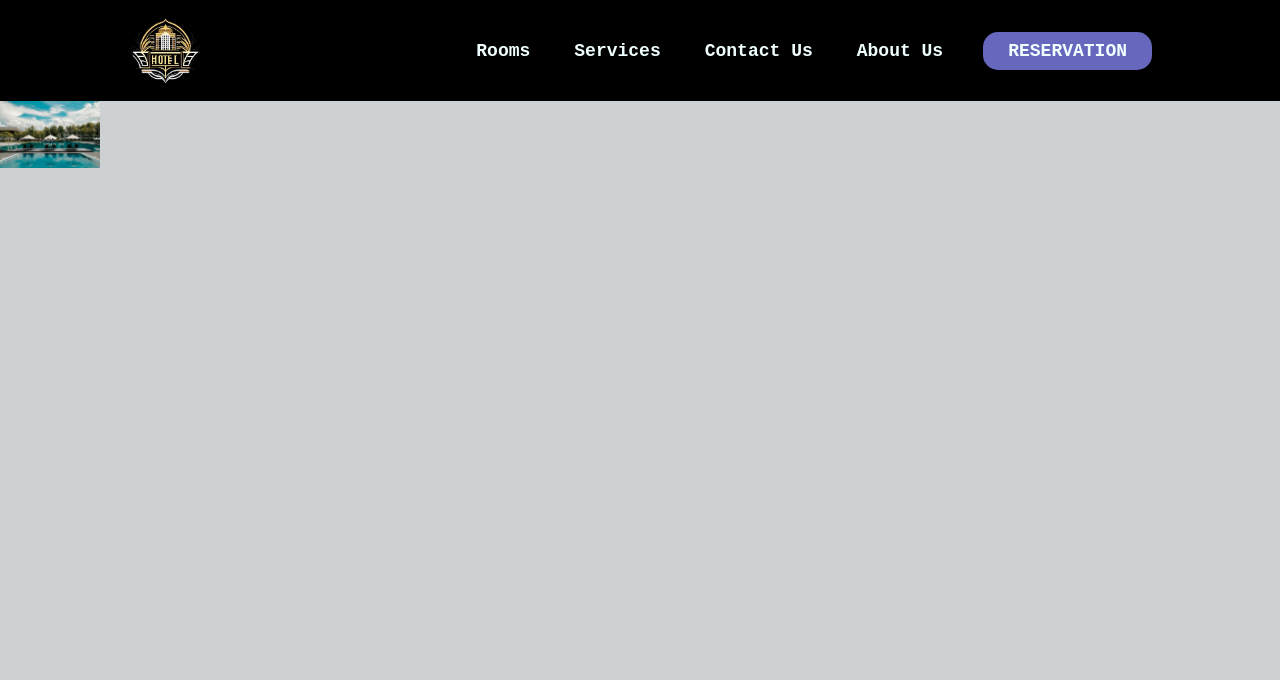
Repository: DhananjayaLakshan/Uom-Web_Design_For_Beginners
Page: Final Assignment/index.html
The author's editor kept a copy of each file at every save. The page is drawn from the files as they stood at one save, then again after the next save.
The browser window is 1280 px wide. The pictures show the whole page.

Above is the page before, as saved 2023-11-29 14:19:52.

### Final Assignment/index.html
<!DOCTYPE html>
<html lang="en">
<head>
    <meta charset="UTF-8">
    <meta name="viewport" content="width=device-width, initial-scale=1.0">
    <title>Ceylon Hotel</title>

    <link rel="stylesheet" href="style.css">
    <script src="script.js"></script>
</head>
<body>

    <header>
        <img class="logo" src="img/logo.png" alt="logo">

        <nav>
            <ul class="navBar">
                <li>
                    <a href="#"> Rooms</a>
                </li>

                <li>
                    <a href="#"> Services</a>
                </li>

                <li>
                    <a href="#"> Contact Us</a>
                </li>

                <li>
                    <a href="#"> About Us</a>
                </li>
            </ul>
        </nav>

        <a class="button" href="#"> <button>RESERVATION</button> </a>
    </header>

    <div class="cover">
        <img class="coverImg" src="img/hotel-cover.jpg" alt="cover">
    </div>

</body>
</html>

### Final Assignment/style.css
*{
    box-sizing: border-box;
    padding: 0;
    margin: 0;
    background-color: rgb(206, 209, 211);
}

li,a, button{
    font-family: 'Courier New', Courier, monospace;
    font-weight: 600;
    font-size: 18px;
    text-decoration: none;
    color: azure;
}

header{
    display: flex;
    justify-content: flex-end;
    align-items: center;
    padding: 13px 10%;
    background-color:black;

}

.logo{
    width: 75px;
    height: 75px;
    cursor: pointer;
    margin-right: auto;
    background-color: black;
}

.navBar{
    list-style: none;
    background-color: black;
}

.navBar li{
    display: inline-block;
    padding: 0px 20px;
    background-color:black;
}

.navBar li a {
    transition: all 0.3s ease 0s;
    background-color:black;
}

.navBar li a:hover{
    color: red;
}

button{
    padding: 9px 25px;
    background-color:rgb(103, 103, 189);
    border: none;
    border-radius: 15px;
    cursor:pointer;
    transition: all 0.3s ease 0s;
    margin-left: 20px;
}

button:hover{
    background-color: rgb(56, 39, 161);
}

.button{
background-color:black;
}


.cover{
    width: 100px;
    max-height: 500px;
}

.coverImg{
    width: 100%;
}

Loaded but not shown: Final Assignment/script.js (no stored copy; drawn as an empty file)

After the next save:
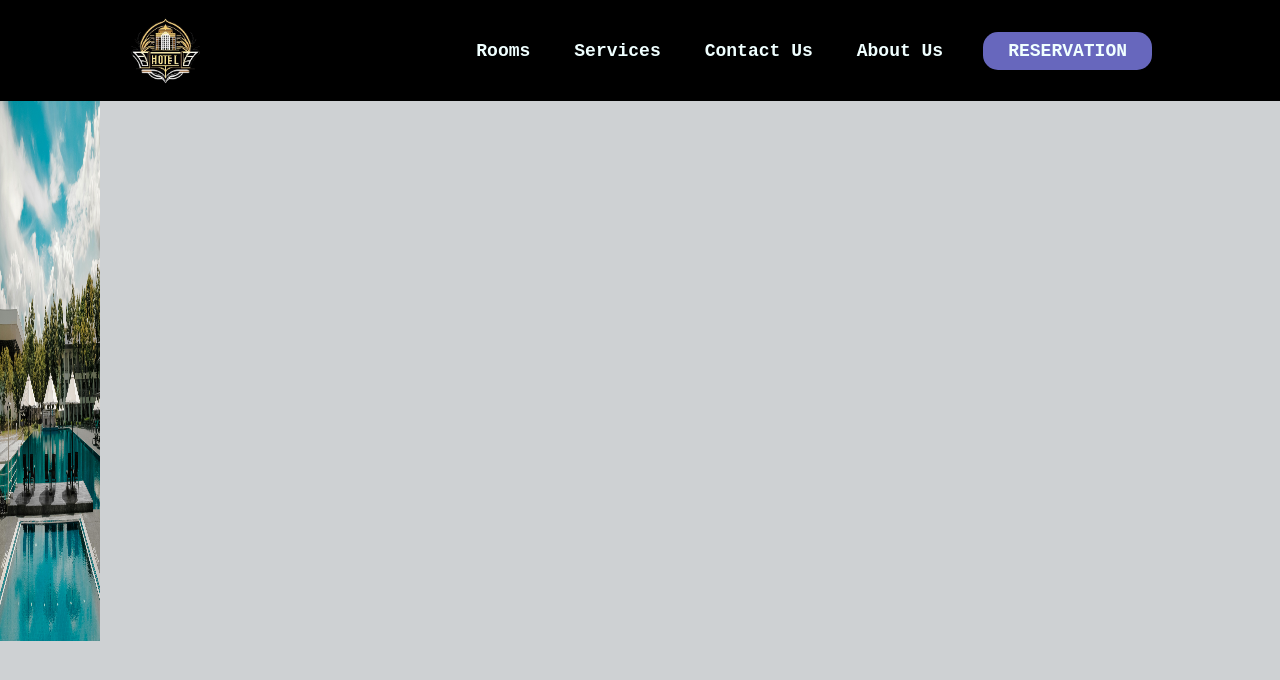
Saved 10 s later.
--- a/Final Assignment/style.css
+++ b/Final Assignment/style.css
@@ -76,4 +76,5 @@ background-color:black;
 
 .coverImg{
     width: 100%;
+    height: 75vh;
 }
